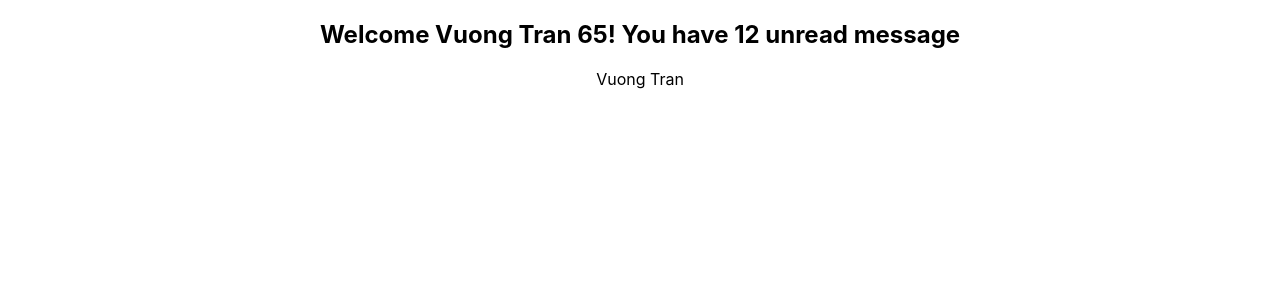
Repository: vuongtm1999/ALTA-exercise-1
Page: /
These files come from the project's save history. The page is drawn as it stood at one moment and after the next save; the edit follows.
The browser window is 1280 px wide. The pictures show the whole page.
The project was rebuilt for these pictures with package versions that can differ from the ones it lists, and the page was loaded fresh each time.

Above is the page before, as saved 2022-10-24 16:38:12.

After the next save:
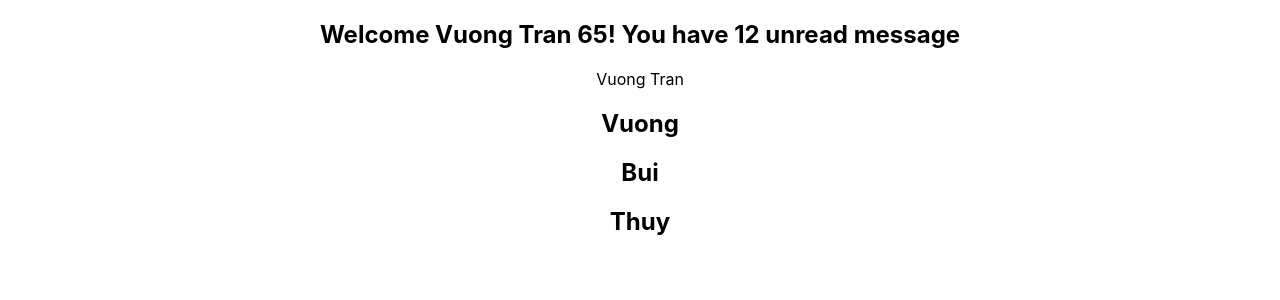
Saved 37 s later.
--- a/src/App.tsx
+++ b/src/App.tsx
@@ -1,6 +1,7 @@
 import './App.css';
 import { Greet } from './components/Greet';
 import { Person } from './components/Person';
+import { PersonList } from './components/PersonList';
 
 function App() {
   const personName = {
@@ -11,6 +12,7 @@ function App() {
     <div className="App">
       <Greet name="Vuong Tran 65" messageCount={12} isLoggedIn={true}  />
       <Person name={personName} />
+      <PersonList />
     </div>
   );
 }
